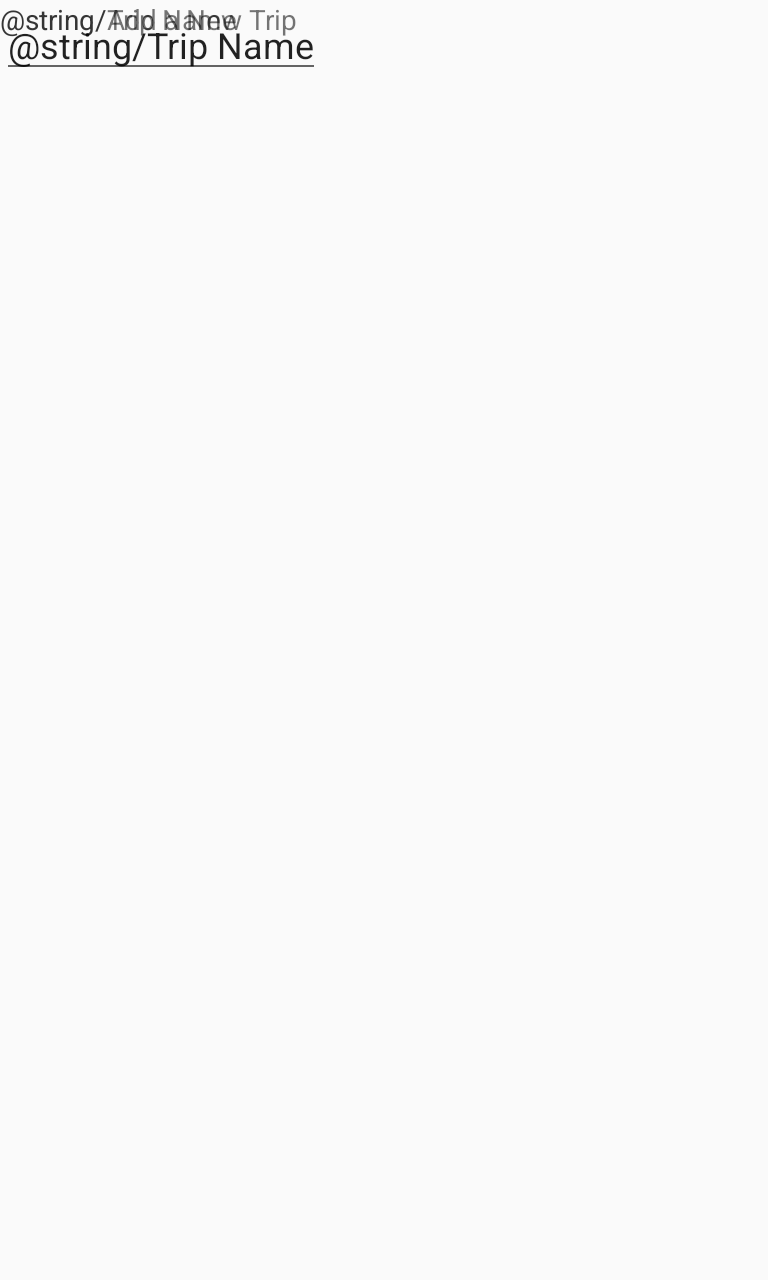
Repository: bandikishores/ShareMyTrip
Layout: ShareMyTrip/res/layout/activity_add_trip.xml
The author's editor kept a copy of each file at every save. The layout is drawn from the files as they stood at one save, then again after the next save.
It is drawn on a 768 x 1280 px phone screen (xhdpi) without system bars, with theme AppTheme; the app's code is not run.

Above is the layout before, as saved 2014-12-25 13:23:59.

After the next save:
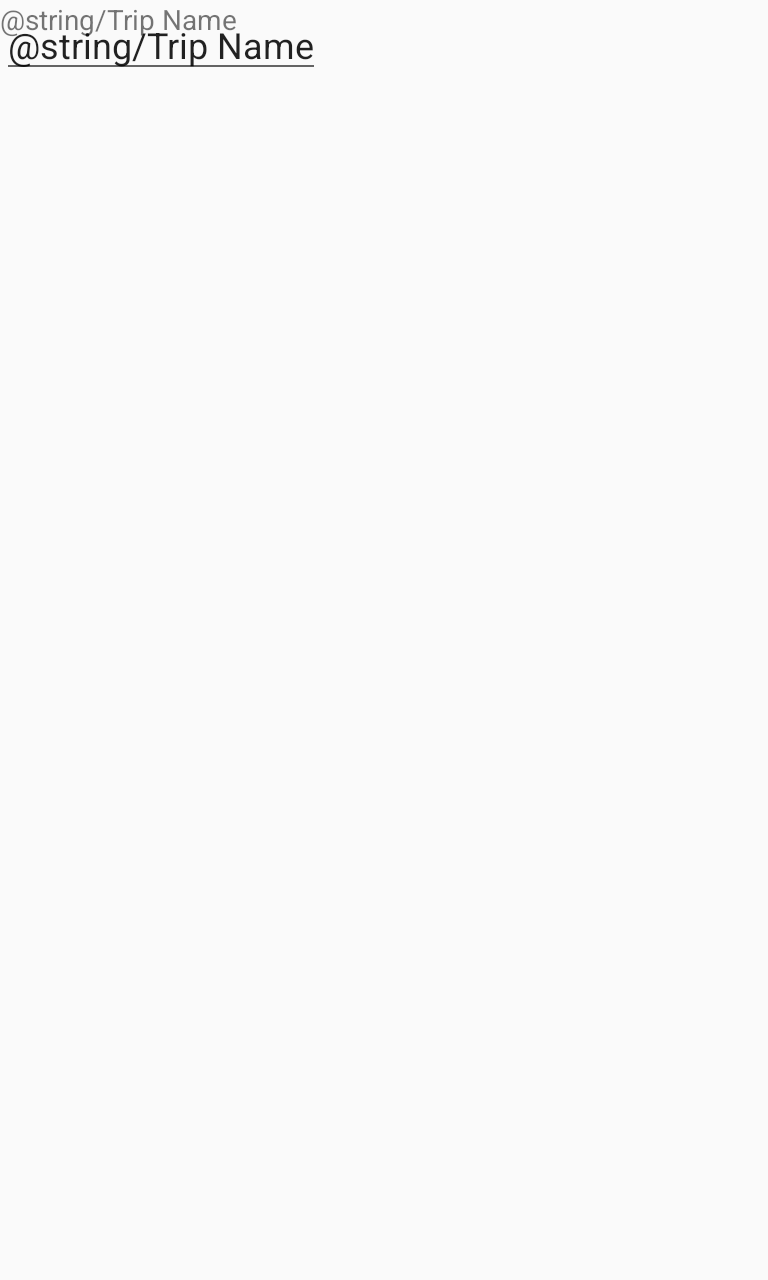
Saved 8 s later.
--- a/ShareMyTrip/res/layout/activity_add_trip.xml
+++ b/ShareMyTrip/res/layout/activity_add_trip.xml
@@ -4,10 +4,10 @@
     android:layout_height="match_parent"
     tools:context="${relativePackage}.${activityClass}" >
 
-    <TextView
+    <!-- <TextView
         android:layout_width="wrap_content"
         android:layout_height="wrap_content"
-        android:text="@string/Add a New Trip" />
+        android:text="@string/Add a New Trip" /> -->
 
     <TextView
         android:layout_width="wrap_content"
